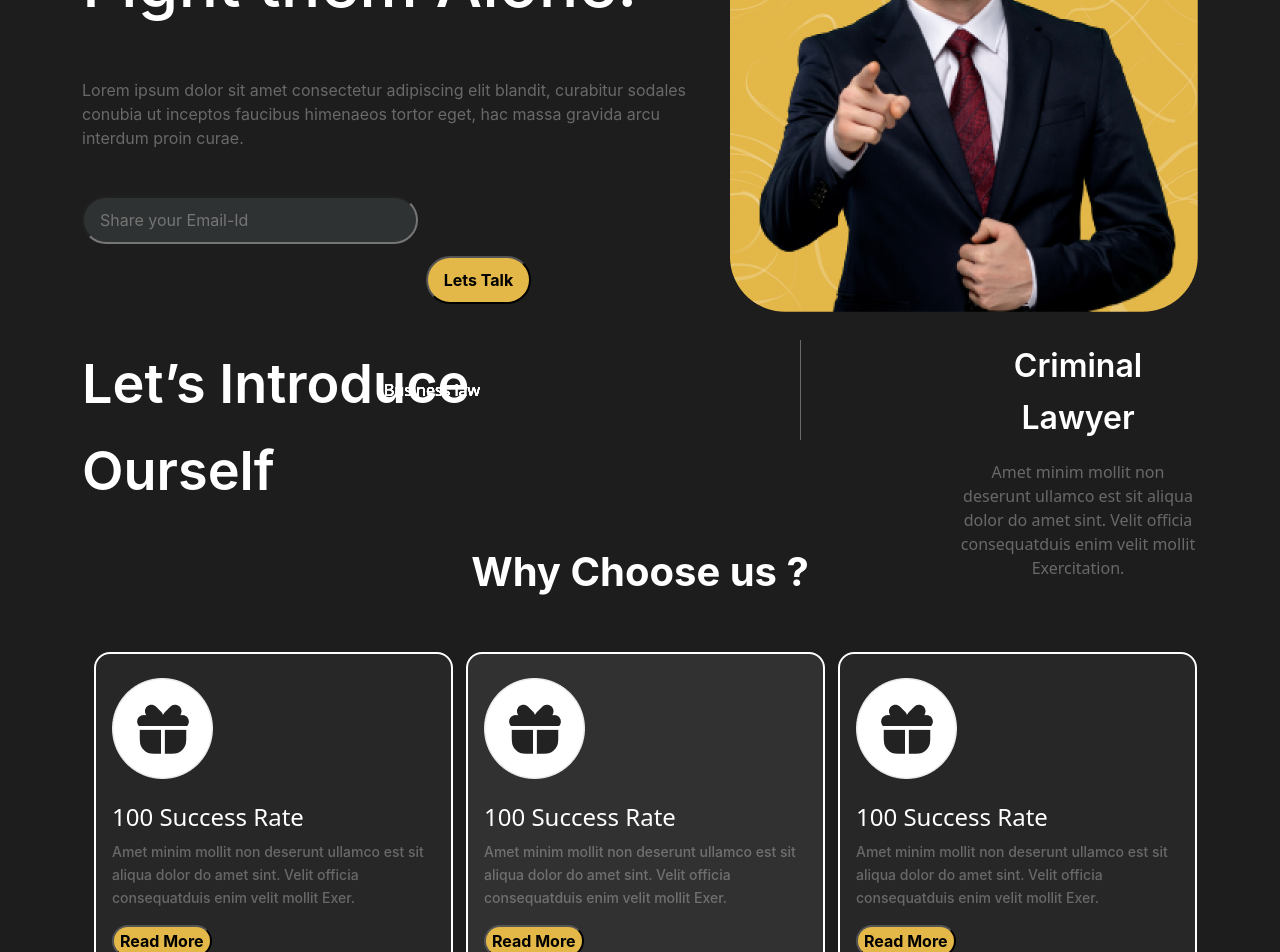
Repository: Senthil-Bala/LawFirm
Page: /
These files come from the project's save history. The page is drawn as it stood at one moment and after the next save; the edit follows.
The browser window is 1280 px wide. The pictures show the part of the page from y = 302 to 1254 px (the page is 3939 px tall before and 4103 px after).
The project was rebuilt for these pictures with package versions that can differ from the ones it lists, and the page was loaded fresh each time. Also part of the build but not shown: src/App.css, src/Components/Frequents/Accordionss.css, src/Components/Frequents/Accordionss.jsx.

Above is the page before, as saved 2023-11-29 18:46:39.

After the next save:
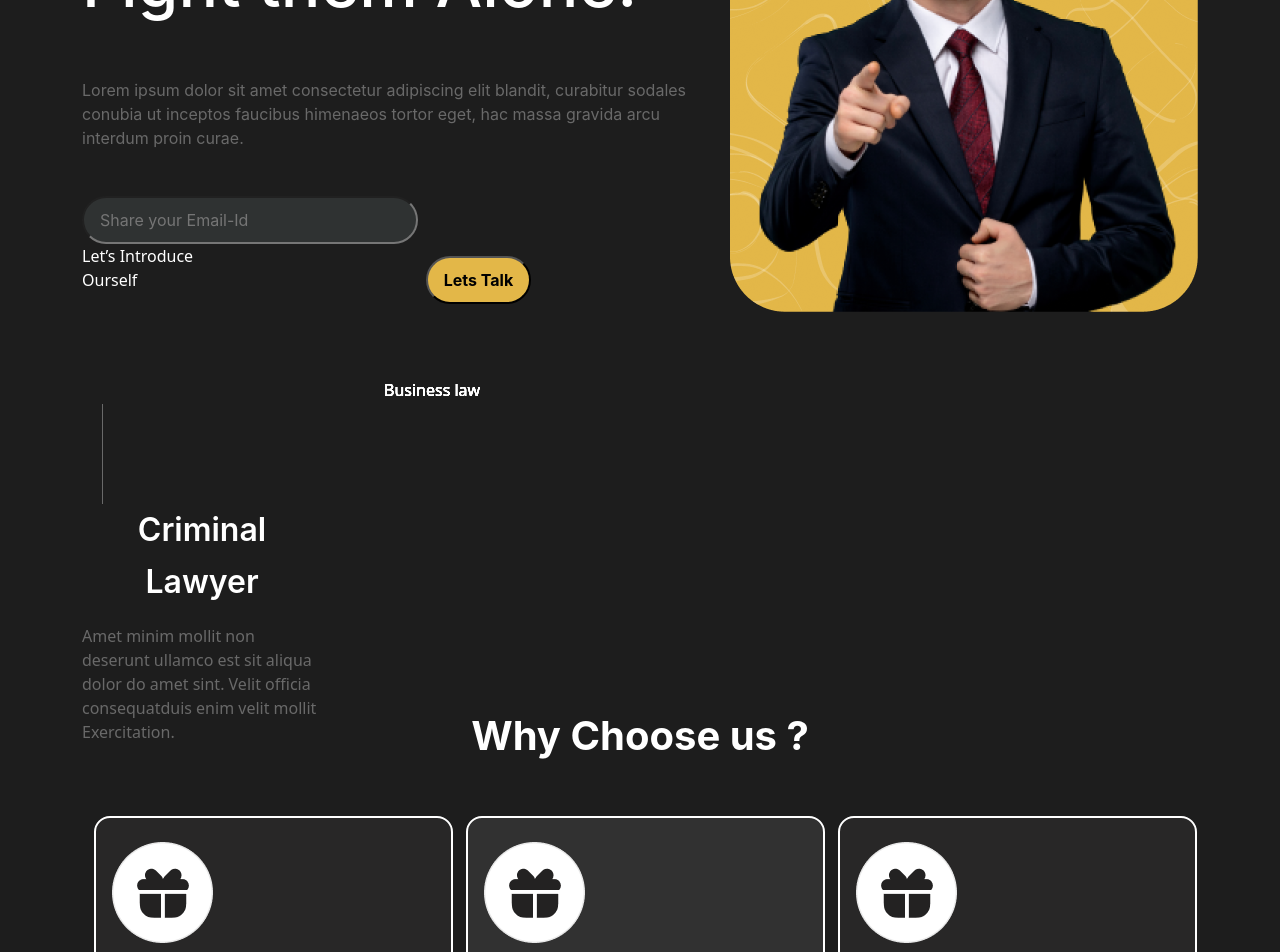
Saved 27 s later.
--- a/src/Components/Mainss/Main.css
+++ b/src/Components/Mainss/Main.css
@@ -1,4 +1,4 @@
-.main {
+/* .main {
     display: flex;
     justify-content: space-between;
     text-align: center;
@@ -51,4 +51,4 @@
 
 opacity: 0.3px; */
 
-}
+} */

After the save that followed:
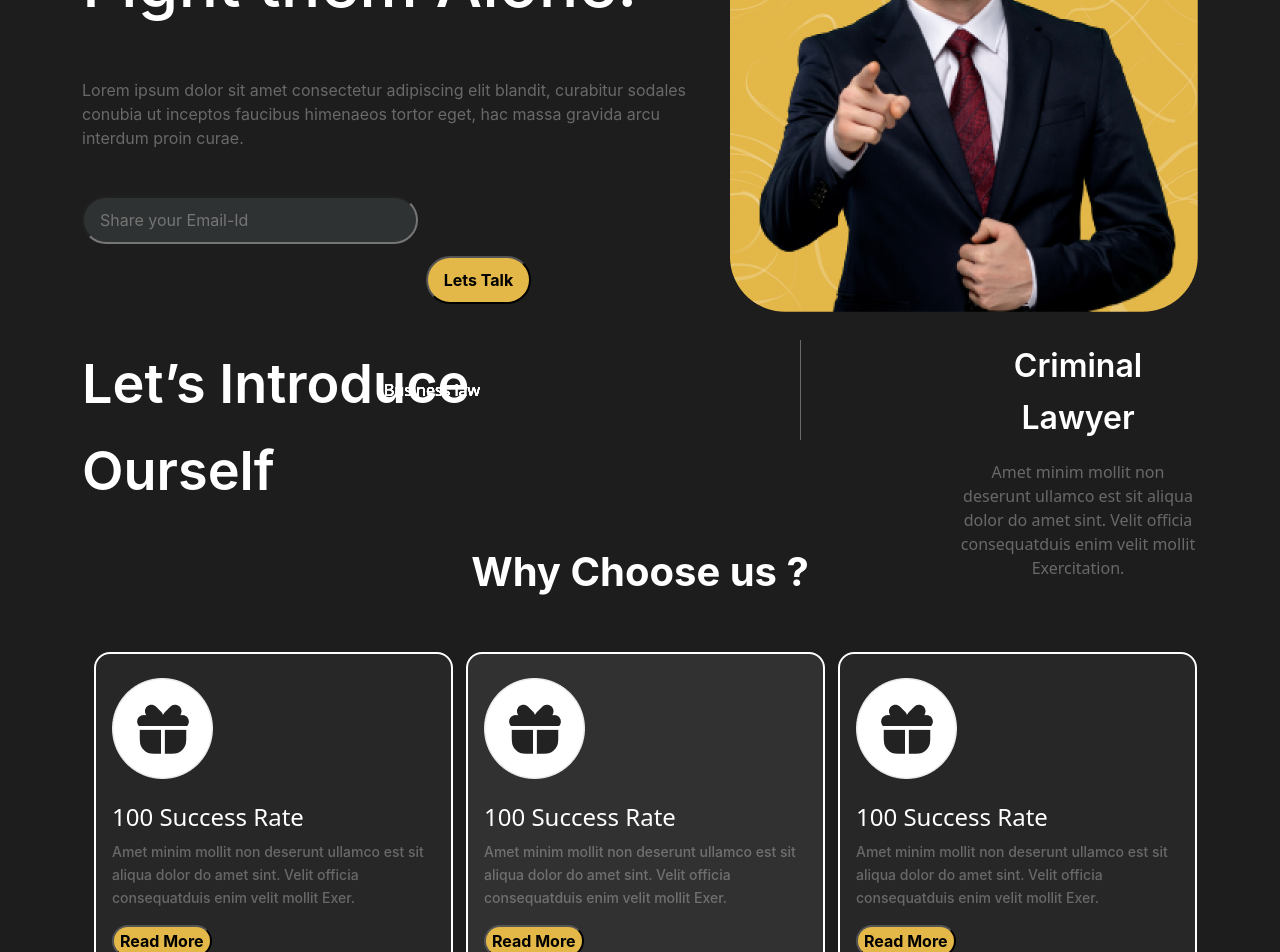
Saved 7 s later.
--- a/src/Components/Mainss/Main.css
+++ b/src/Components/Mainss/Main.css
@@ -1,4 +1,4 @@
-/* .main {
+.main {
     display: flex;
     justify-content: space-between;
     text-align: center;
@@ -51,4 +51,4 @@
 
 opacity: 0.3px; */
 
-} */
+}
